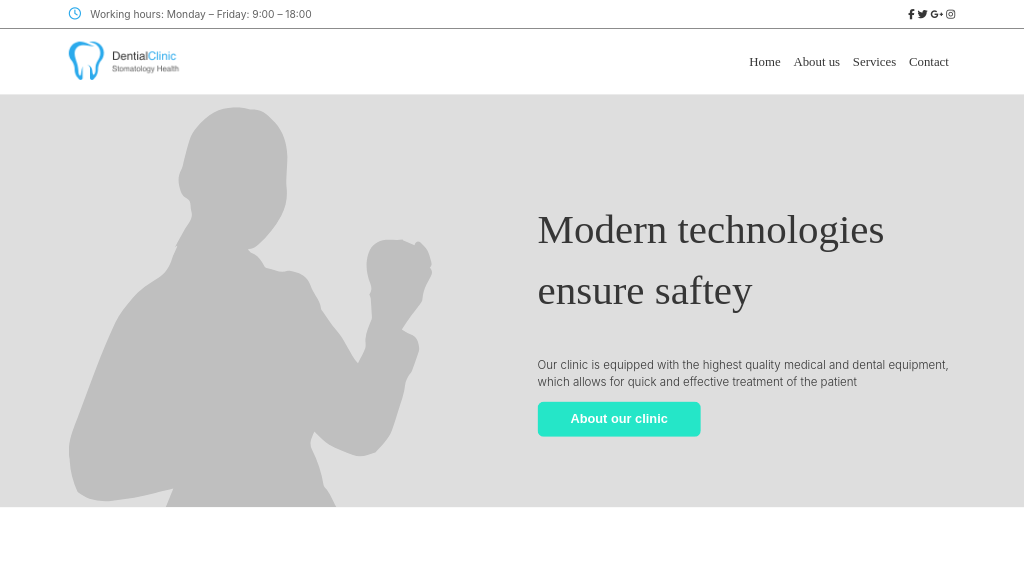
Repository: skepp4rn/uppgift1
Page: index.html
These files come from the project's save history. The page is drawn as it stood at one moment and after the next save; the edit follows.
The browser window is 1280 px wide. The pictures show the whole page, at 80% of full size.
Some web libraries are served in a nearby version.

Above is the page before, as saved 2020-11-20 16:51:05.

After the next save:
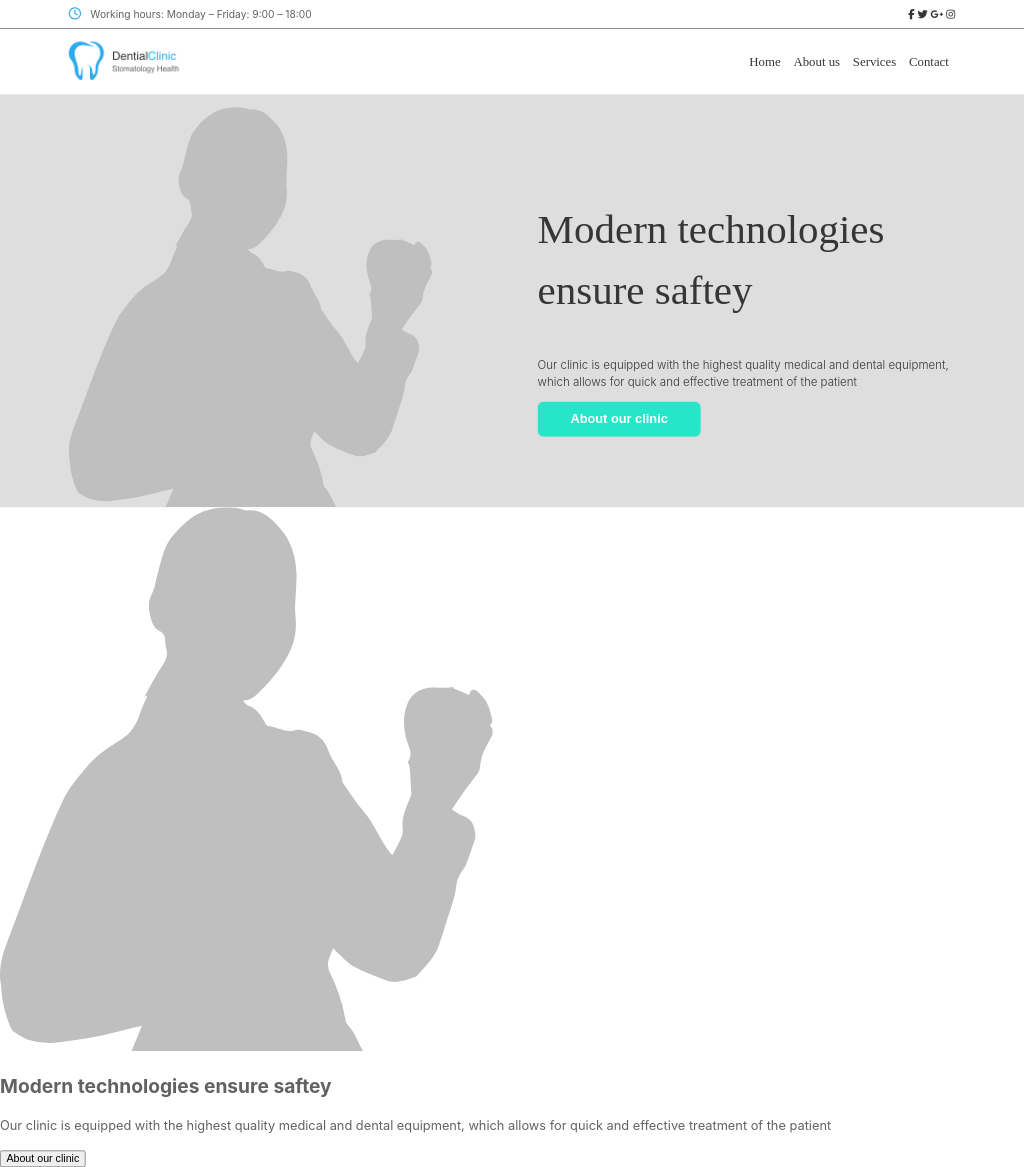
Saved 4 min 6 s later.
--- a/index.html
+++ b/index.html
@@ -57,7 +57,18 @@
         </div>
     </section>
 
-    <section id="showcase"></section>
+    <section id="showcase" class="bg-white-pic">
+        <div class="containerdown">
+            <img src="images/placehold-girl.svg" alt="">
+            <div class="content-box-down">
+                <div class="content-down">
+                    <h1>Modern technologies ensure saftey</h1>
+                    <p>Our clinic is equipped with the highest quality medical and dental equipment, which allows for quick and effective treatment of the patient</p>
+                    <button class="btndown btn-greendowns">About our clinic</button>
+                </div>
+            </div>
+        </div>
+    </section>
 
 
 
